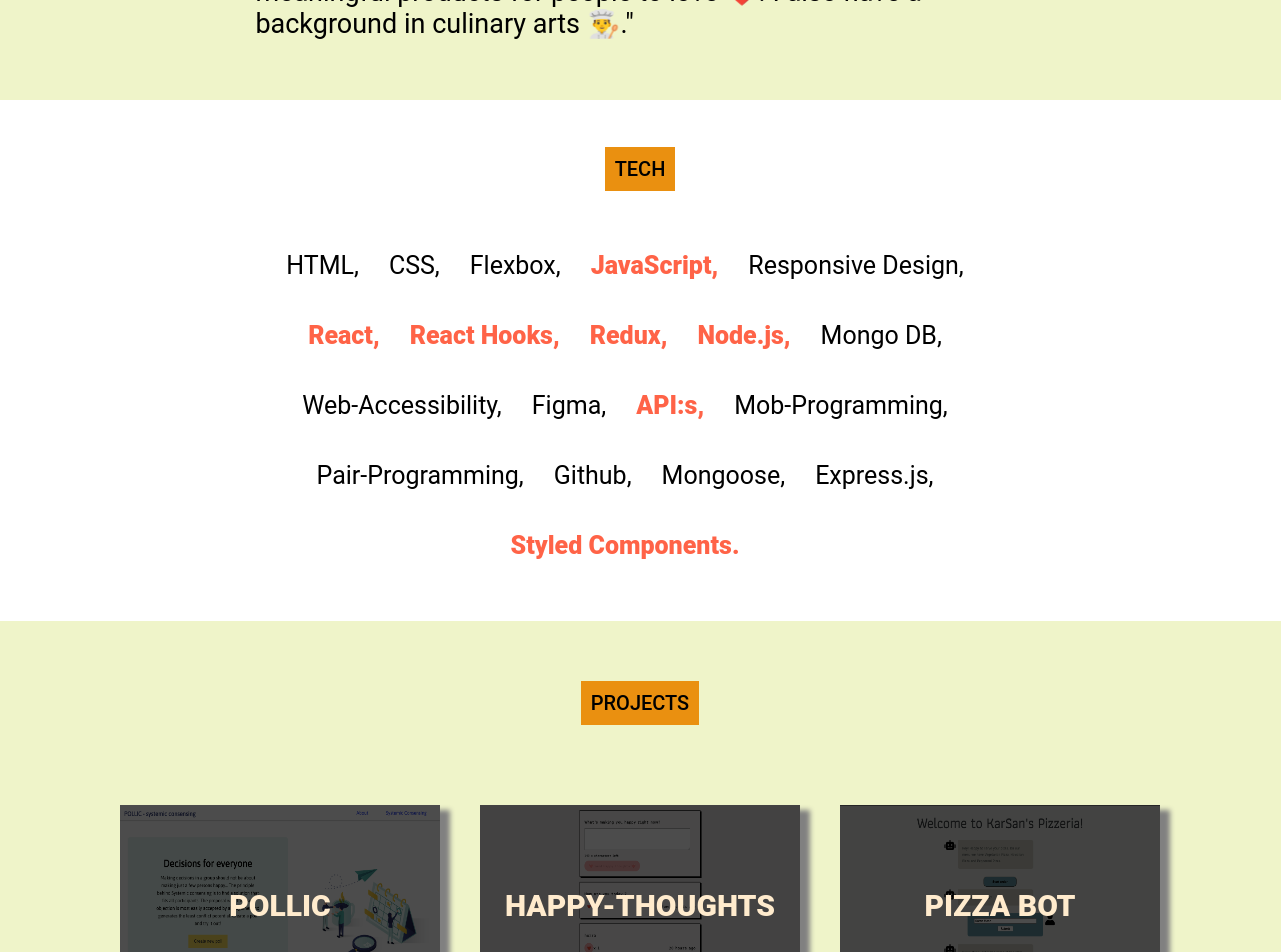
Repository: karanmann/portfolio-react
Page: / (app in frontend/)
These files come from the project's save history. The page is drawn as it stood at one moment and after the next save; the edit follows.
The browser window is 1280 px wide. The page is 1281 px wide, so the pictures cover 1281 px, including what lies to the right of the window. The pictures show the part of the page from y = 667 to 1619 px (the page is 6725 px tall).
The project was rebuilt for these pictures with package versions that can differ from the ones it lists, and the page was loaded fresh each time.

Above is the page before, as saved 2021-04-09 10:34:41.

### frontend/public/index.html
<!DOCTYPE html>
<html lang="en">
  <head>
    <meta charset="utf-8" />
    <link rel="icon" href="%PUBLIC_URL%/favicon.ico" />
    <meta name="viewport" content="width=device-width, initial-scale=1" />
    <meta name="theme-color" content="#000000" />
    <meta
      name="description"
      content="Web site created using create-react-app"
    />
    <link rel="apple-touch-icon" href="%PUBLIC_URL%/logo192.png" />
    <link rel="preconnect" href="https://fonts.gstatic.com">
    <link href="https://fonts.googleapis.com/css2?family=Poppins:ital,wght@0,100;0,200;0,300;0,400;0,500;0,600;0,700;0,800;0,900;1,100;1,200;1,300;1,400;1,500;1,600;1,700;1,800;1,900&display=swap" rel="stylesheet">

    <!--
      manifest.json provides metadata used when your web app is installed on a
      user's mobile device or desktop. See https://developers.google.com/web/fundamentals/web-app-manifest/
    -->
    <!-- <link rel="manifest" href="%PUBLIC_URL%/manifest.json" /> -->
    <!--
      Notice the use of %PUBLIC_URL% in the tags above.
      It will be replaced with the URL of the `public` folder during the build.
      Only files inside the `public` folder can be referenced from the HTML.

      Unlike "/favicon.ico" or "favicon.ico", "%PUBLIC_URL%/favicon.ico" will
      work correctly both with client-side routing and a non-root public URL.
      Learn how to configure a non-root public URL by running `npm run build`.
    -->
    <title>Karan Mann - Portfolio</title>
  </head>
  <body>
    <noscript>You need to enable JavaScript to run this app.</noscript>
    <div id="root"></div>
    <!--
      This HTML file is a template.
      If you open it directly in the browser, you will see an empty page.

      You can add webfonts, meta tags, or analytics to this file.
      The build step will place the bundled scripts into the <body> tag.

      To begin the development, run `npm start` or `yarn start`.
      To create a production bundle, use `npm run build` or `yarn build`.
    -->
  </body>
</html>

### frontend/src/index.js
import React from 'react';
import ReactDOM from 'react-dom';
import './lib/styles/index.css';
import App from './App';

ReactDOM.render(
  <React.StrictMode>
    <App />
  </React.StrictMode>,
  document.getElementById('root')
);

### frontend/src/lib/styles/index.css

body {
  margin: -1px;
  font-family: 'Roboto', 'Poppins', sans-serif, -apple-system, BlinkMacSystemFont, 'Segoe UI', 'Roboto', 'Oxygen',
    'Ubuntu', 'Cantarell', 'Fira Sans', 'Droid Sans', 'Helvetica Neue';
  -webkit-font-smoothing: antialiased;
  -moz-osx-font-smoothing: grayscale;
  background-color: white;
}

### frontend/src/App.js
import React from 'react';

import { Header } from './components/Header'
import { Intro } from './components/Intro'
import { Tech } from './components/Tech'
import { Projects } from './components/projects/Projects'
import { ThoughtsCode } from './components/ThoughtsCode'
import { Skills } from './components/Skills'
import { ForMore } from './components/ForMore'
import { Footer } from './components/Footer'
import { Data } from './projects'

const projectData = Data.projects

console.log(projectData)

function App() {
  return (
    <div className="App">
      <Header />
      <Intro/>
      <Tech />
      <Projects projectData={projectData}/>
      <ThoughtsCode />'
      <Skills />
      <ForMore />
      <Footer />
    </div>
  );
}

export default App;

### frontend/src/components/Header.js
import React from 'react'

import {
  HeroContainer,
  LeftContainer,
  HeroTextContainer,
  HeroTextH1,
  HeroTextH1Span,
  HeroTextH2,
  HeroTextH3,
  RightContainer,
  IconContainer,
  IconLinkContainer,
  IconImageContainer,
  ProfilePic,
} from '../lib/styles/styled'

import linkedInIcon from '../lib/images/icons/linkedin.svg'
import githubIcon from '../lib/images/icons/github.svg'
import stackoverflowIcon from '../lib/images/icons/stackoverflow.svg'
import profilePic from '../lib/images/profile.png'

const linkedInLink = 'https://www.linkedin.com/in/karanmann84/'
const githubLink = 'https://github.com/karanmann'
const stackOverflowLink = 'https://stackoverflow.com/users/14064949/karan-mann'

export const Header = () => {
  return (
    <header>
      <HeroContainer>
        <LeftContainer>
          <HeroTextContainer tabIndex='0'>
            <HeroTextH1>
              PORTFOLIO:
              <HeroTextH1Span>KARAN MANN</HeroTextH1Span>
            </HeroTextH1>
            <HeroTextH2>frontend developer</HeroTextH2>
            <HeroTextH3>+ chef</HeroTextH3>
          </HeroTextContainer>
        </LeftContainer>
        <RightContainer>
          <IconContainer>
            <IconLinkContainer
              href={linkedInLink}
              tabIndex='0'
              target="_blank"
              rel="noopener noreferrer"
            >
              <IconImageContainer
                src={linkedInIcon}
                alt='Icon to LinkedIN'
                aria-label='Linkedin profile'
                rel="noreferrer"
              />
            </IconLinkContainer>
            <IconLinkContainer
              href={githubLink}
                tabIndex='0'
                target="_blank"
                rel="noopener noreferrer">
              <IconImageContainer
                src={githubIcon}
                alt='Icon to Github'
                aria-label='Github profile'
                rel='noreferrer'
              />
            </IconLinkContainer>
            <IconLinkContainer
              href={stackOverflowLink}
              tabIndex='0'
              target="_blank"
              rel="noopener noreferrer"
            >
              <IconImageContainer
                src={stackoverflowIcon}
                alt='Icon to Stackoverflow'
                aria-label='Stackoverflow'
                rel='noreferrer'
              />
            </IconLinkContainer>
          </IconContainer>
          <div>
            <ProfilePic className="profile-pic" src={profilePic} alt="Karan's Pic"/>
          </div>
        </RightContainer>
      </HeroContainer>
    </header>
  )
}

### frontend/src/components/Intro.js
import React from 'react';
import { IntroContainer, IntroP, IntroImage} from '../lib/styles/styled'
import lolypop from '../lib/images/icons/icon-p.svg'

export const Intro = () => {
  return (
    <IntroContainer>
      <IntroP>
        <IntroImage src={lolypop} alt="Lolypop Icon"/>
        "Hello!   I am a frontend developer with a passion for coding and solving problems that matter and to create awesome and meaningful products for people to love ❤️. I also have a background in culinary arts 👨‍🍳."
      </IntroP>
    </IntroContainer>
  )
}

### frontend/src/components/Tech.js
import React from 'react';

import {
  TechContainer,
  AllTech,
  MyTech,
  Title
  } from '../lib/styles/styled'

const techs = [
  { tech:"HTML", highLight:false },
  { tech:"CSS", highLight:false },
  { tech:"Flexbox", highLight:false },
  { tech:"JavaScript", highLight:true },
  { tech:"Responsive Design", highLight:false },
  { tech:"React", highLight:true },
  { tech:"React Hooks", highLight:true },
  { tech:"Redux", highLight:true },
  { tech:"Node.js", highLight:true },
  { tech:"Mongo DB", highLight:false },
  { tech:"Web-Accessibility", highLight:false },
  { tech:"Figma", highLight:false },
  { tech:"API:s", highLight:true },
  { tech:"Mob-Programming", highLight:false },
  { tech:"Pair-Programming", highLight:false },
  { tech:"Github", highLight:false },
  { tech:"Mongoose", highLight:false },
  { tech:"Express.js", highLight:false },
  { tech:"Styled Components", highLight:true },
]

export const Tech = () => {
  return (
    <TechContainer>
      <Title>TECH</Title>
        <AllTech>
            {techs.map((mytech, index) =>{
              const conditionalStyle = mytech.highLight ? {color:'tomato', fontWeight: '800'} : {color:'black'}
              return (
              <MyTech style={conditionalStyle} key={mytech.tech}>
                 {mytech.tech}{index === techs.length - 1 ? '.' : ','}
              </MyTech>
            )
            })}
        </AllTech>
    </TechContainer>
  )
}

### frontend/src/components/projects/Projects.js
import React from  'react'

import { ProjectContainer, Title } from '../../lib/styles/styled'
import { OtherProjects } from './OtherProjects'
import { FeaturedProjects } from './FeaturedProjects'

export const Projects = ({projectData}) => {
  const featuredProjects = projectData.filter(myProjects => myProjects.featured)
  const otherProjects = projectData.filter(myProjects => !myProjects.featured)

  return (
    <ProjectContainer>
      <Title>PROJECTS</Title>
      <div>
        <FeaturedProjects featuredProjects={featuredProjects}/>
      </div>
      <h3 className='projects-title'>OTHER PROJECTS</h3>
      <div>
        <OtherProjects otherProjects={otherProjects}/>
      </div>
    </ProjectContainer>
  )
}

### frontend/src/components/ThoughtsCode.js
import React from 'react'

import {
  ThoughtsContainer,
  ThoughtsContentContainer,
  ThoughtsCodeImageContainer,
  ThoughtsImage,
  ThoughtsCodeTextContainer,
  ThoughtsCodeTextTitle,
  ThoughtsCodeTextContent,
  ThoughtsReadMore,
  Title
} from '../lib/styles/styled'
import chefDroid from '../lib/images/ChefDroid.png'

const chefToProgrammerLink = "https://www.linkedin.com/posts/karanmann84_programming-learning-technigo-activity-6720014274095304704-BHnK"

export const ThoughtsCode = () => {
  return (
    <ThoughtsContainer>
      <Title tabIndex="0">MY THOUGHTS ABOUT CODE</Title>
      <ThoughtsContentContainer>
        <ThoughtsCodeImageContainer href={chefToProgrammerLink}>
          <ThoughtsImage src={chefDroid} alt='Chef and Droid'/>
        </ThoughtsCodeImageContainer>
        <ThoughtsCodeTextContainer>
          <ThoughtsCodeTextTitle>
            From Chef to Programmer
          </ThoughtsCodeTextTitle>
          <ThoughtsCodeTextContent>
            What I learned in the kitchen.
            Almost everyone who starts working in a kitchen starts in one place, the bottom.
            This could be the salad section or pantry. In an industry as intensely competitive as restaurants,
            the only way to move up is by working as hard as you can. This means being willing to take on any assignment
            your chef gives you. It means constantly working to master your craft.
            <ThoughtsReadMore href={chefToProgrammerLink}>Read More ≥≥</ThoughtsReadMore>
          </ThoughtsCodeTextContent>
        </ThoughtsCodeTextContainer>
      </ThoughtsContentContainer>
    </ThoughtsContainer>
  )
}

### frontend/src/components/Skills.js
import React from 'react';

import {
  Title,
  SkillContainer,
  SkillContentContainer,
  Skill,
  SkillCodeTitle,
  SkillCodeContent
} from '../lib/styles/styled'

const code = [
  "HTML5",
  "CSS3",
  "JavaScript ES6",
  "React",
  "React Hooks",
  "Node.js",
  "Mongo DB",
  "Github",
]

const toolbox =[
  "Visual Studio Code",
  "Terminal",
  "Figma",
  "StackOverflow",
  "Slack",
]

const others= [
  "Agile Methodology",
  "Pair-programming",
  "Mob-programming",
  "Web Accessibility",
  "Concept Development",
]

const upcomming = [
  "Redux",
  "SASS",
]

export const Skills = () => {
  return (
    <SkillContainer>
      <Title>SKILLS</Title>
      <SkillContentContainer>
        <Skill>
          <SkillCodeTitle>CODE</SkillCodeTitle>
          <SkillCodeContent >
            {code.map(myCode => <p key={myCode}>{myCode}</p>)}
          </SkillCodeContent>
        </Skill>
        <Skill>
          <SkillCodeTitle>TOOLBOX</SkillCodeTitle>
          <SkillCodeContent>{toolbox.map(myTool => <p key={myTool}>{myTool}</p>)}</SkillCodeContent>
        </Skill>
        <Skill>
          <SkillCodeTitle>OTHERS</SkillCodeTitle>
          <SkillCodeContent>{others.map(myOthers => <p key={myOthers}>{myOthers}</p>)}</SkillCodeContent>
        </Skill>
        <Skill>
          <SkillCodeTitle>UPCOMMING</SkillCodeTitle>
          <SkillCodeContent>{upcomming.map(myUpcomming => <p key={myUpcomming}>{myUpcomming}</p>)}</SkillCodeContent>
        </Skill>
      </SkillContentContainer>
    </SkillContainer>
  )
}

### frontend/src/components/ForMore.js
import React from 'react'

import {
  Title,
  ForMoreContainer,
  ForMoreIcons,
  ForMoreIconContainer,
  ForMoreImage,
  ForMoreText,
  ForMoreLink
} from '../lib/styles/styled'

import linkedIn from '../lib/images/icons/linkedin-orange.svg'
import github from '../lib/images/icons/github-orange.svg'
import stackOverflow from '../lib/images/icons/stackoverflow-orange.svg'

export const ForMore = () => {
  return (
    <ForMoreContainer>
      <Title tabIndex="0">FOR MORE</Title>
      <ForMoreIcons>
        <ForMoreIconContainer>
          <ForMoreLink
            href="https://www.linkedin.com/in/karanmann84/"
            target="_blank"
            rel="noopener noreferrer"
          >
            <ForMoreImage src={linkedIn} alt="Link to LinkedIN"/>
          </ForMoreLink>
          <ForMoreText>LINKEDIN</ForMoreText>
        </ForMoreIconContainer>
        <ForMoreIconContainer>
          <ForMoreLink
            href="https://stackoverflow.com/users/14064949/karan-mann"
            target="_blank"
            rel="noopener noreferrer"
          >
            <ForMoreImage src={stackOverflow} alt="Link to stackoverflow"/>
          </ForMoreLink>
          <ForMoreText>STACK-OVERFLOW</ForMoreText>
        </ForMoreIconContainer>
        <ForMoreIconContainer>
          <ForMoreLink
            href="https://github.com/karanmann"
            target="_blank"
            rel="noopener noreferrer"
          >
            <ForMoreImage src={github} alt="Link to Github"/>
          </ForMoreLink>
          <ForMoreText>GITHUB</ForMoreText>
        </ForMoreIconContainer>
      </ForMoreIcons>
    </ForMoreContainer>
  )
}

### frontend/src/components/Footer.js
import React from 'react'
import { FooterContainer } from '../lib/styles/styled'

export const Footer = () => {
  return(
    <FooterContainer>
      <h3>CONTACT</h3>
      <p>Karan Mann</p>
      <p>karan.mann@outlook.com</p>
      <p>+46 (0) 702257772</p>
    </FooterContainer>
  )
}

### frontend/src/components/projects/OtherProjects.js
import {
  OtherCardsContainer,
  OtherCard,
  OtherImageContainer,
  Image,
  ImageOverlay,
  ImageTitle,
  OtherCardDetailsContainer,
  DetailsTitle,
  DetailsDescription,
  DetailsLink,
  CardTechContainer,
  CardTech} from '../../lib/styles/styled'

export const OtherProjects = ({otherProjects}) => {
  return (
    <OtherCardsContainer>
      {otherProjects.map(myProject => {
        return (
        <OtherCard key={myProject.title}>
          <OtherImageContainer>
            <a
              href={myProject.live_url}
              target="_blank"
              rel="noopener noreferrer"
              >
              <ImageOverlay>
                <ImageTitle>{myProject.title}</ImageTitle>
              </ImageOverlay>
              <Image src={myProject.image_url} alt=""/>
            </a>
          </OtherImageContainer>
          <OtherCardDetailsContainer>
            <p>
              <DetailsTitle>{myProject.title} -</DetailsTitle>
              <DetailsDescription>{myProject.description}</DetailsDescription>
              <span>
                <DetailsLink
                  href={myProject.live_url}
                  target="_blank"
                  rel="noopener noreferrer"
                >
                  ≥≥
                </DetailsLink>
              </span>
            </p>
            <CardTechContainer>
              {myProject.techs.map(mytech => <CardTech>{mytech}</CardTech>
              )}
            </CardTechContainer>
          </OtherCardDetailsContainer>
        </OtherCard>
        )})
      }
    </OtherCardsContainer>
  )
}

### frontend/src/components/projects/FeaturedProjects.js
import React from 'react';

import {
  CardsContainer,
  Card,
  ImageContainer,
  Image,
  ImageOverlay,
  ImageTitle,
  CardDetailsContainer,
  DetailsTitle,
  DetailsDescription,
  DetailsLink,
  CardTechContainer,
  CardTech} from '../../lib/styles/styled'

export const FeaturedProjects = ({featuredProjects}) => {
  return (
    <CardsContainer>
      {featuredProjects.map(myProject => {
        return (
           <Card key={myProject.title}>
            <ImageContainer>
              <a
                href={myProject.live_url}
                target="_blank"
                rel="noopener noreferrer"
              >
                <ImageOverlay>
                  <ImageTitle>{myProject.title}</ImageTitle>
                </ImageOverlay>
                <Image src={myProject.image_url} alt=""/>
              </a>
            </ImageContainer>
            <CardDetailsContainer>
              <p>
                <DetailsTitle>{myProject.title} -</DetailsTitle>
                <DetailsDescription>{myProject.description}</DetailsDescription>
                <span>
                  <DetailsLink
                    href={myProject.live_url}
                    target="_blank"
                    rel="noopener noreferrer"
                  >≥≥
                  </DetailsLink>
                </span>
              </p>
              <CardTechContainer>
                {myProject.techs.map(mytech => <CardTech>{mytech}</CardTech>
                )}
              </CardTechContainer>
            </CardDetailsContainer>
          </Card>
        )
      })
      }
    </CardsContainer>
  )
}

Loaded but not shown: frontend/src/lib/styles/styled.js (library); frontend/src/projects.js (251 lines, source omitted)

After the next save:
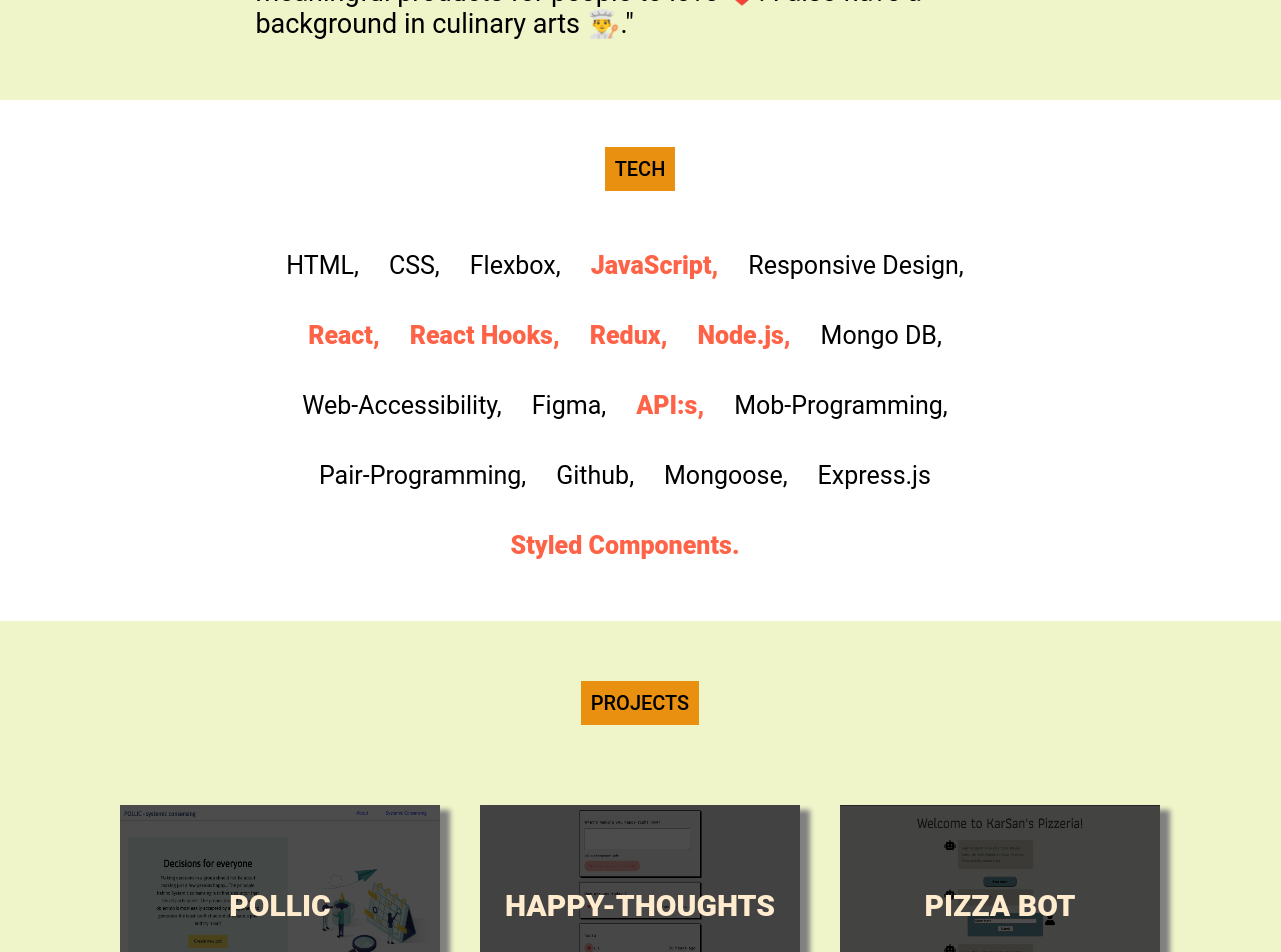
Saved 112 s later.
--- a/frontend/src/components/Tech.js
+++ b/frontend/src/components/Tech.js
@@ -38,7 +38,7 @@ export const Tech = () => {
               const conditionalStyle = mytech.highLight ? {color:'tomato', fontWeight: '800'} : {color:'black'}
               return (
               <MyTech style={conditionalStyle} key={mytech.tech}>
-                 {mytech.tech}{index === techs.length - 1 ? '.' : ','}
+                {mytech.tech}{index === techs.length - 1 ? '.' : index ===techs.length - 2 ? ' ' : ',' }
               </MyTech>
             )
             })}
